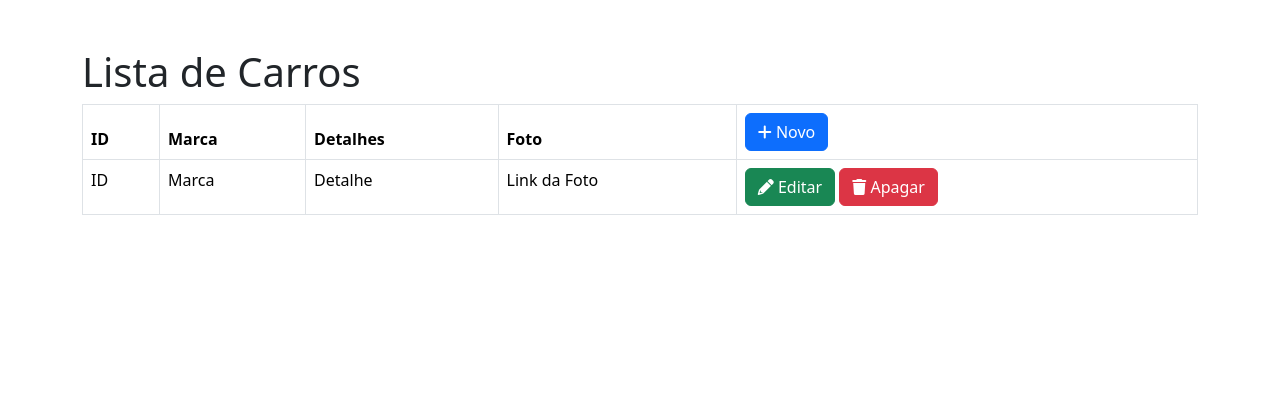
Repository: AlexandreBarros30/CarrosJson
Page: templates/base/tabelaCarros.html
These files come from the project's save history. The page is drawn as it stood at one moment and after the next save; the edit follows.
The browser window is 1280 px wide. The pictures show the whole page.
The page's requests for data from a server got no answer.

Above is the page before, as saved 2024-11-15 14:24:21.

After the next save:
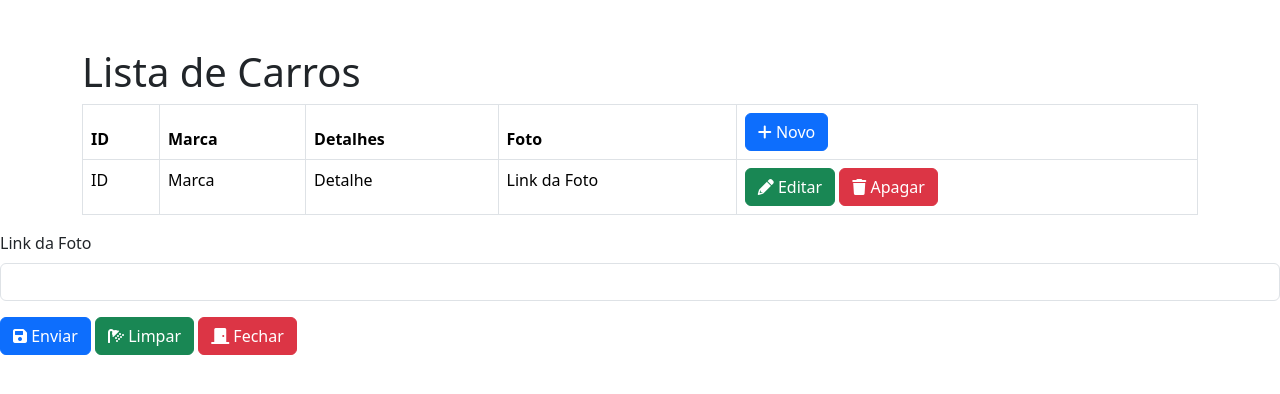
Saved 5 min 47 s later.
--- a/templates/base/tabelaCarros.html
+++ b/templates/base/tabelaCarros.html
@@ -70,6 +70,41 @@
           </div>
         </div>
       </div>
+      <div class="mb-3">
+        <label for="Foto" class="form-label">Link da Foto</label>
+                  <input type="text" class="form-control" id="muFoto" name="Foto">
+                  </div>
+                  <button type="button" class="btn btn-primary" onclick="atualizaCarro()"><i class="fa-solid fa-floppy-disk"></i> Enviar</button>
+                  <button type="reset" class="btn btn-success" ><i class="fa-solid fa-shower"></i> Limpar</button>
+                  <button type="button" class="btn btn-danger" data-bs-dismiss="modal" aria-label="Close" ><i class="fa-solid fa-door-closed"></i> Fechar</button>
+               </div>
+             </div>
+          </div>
+       </div>
+    </div>
+
+<!-- update Modal -->
+<div class="modal fade" id="upModal" tabindex="-1" aria-labelledby="upModalLabel" aria-hidden="true">
+  <div class="modal-dialog">
+     <div class="modal-content">
+        <div class="modal-header">
+           <h5 class="modal-title" id="addModalLabel">Alterar Carro</h5>
+           <button type="button" class="btn-close" data-bs-dismiss="modal" aria-label="Close"></button>
+        </div>
+        <div class="modal-body">
+           <div class="mb-3">
+              <label for="id" class="form-label">ID</label>
+              <input type="text" class="form-control" id="muId" name="id">
+           </div>
+           <div class="mb-3">
+              <label for="Marca" class="form-label">Marca</label>
+              <input type="text" class="form-control" id="muMarca" name="Marca">
+           </div>
+     <div class="mb-3">
+              <label for="Detalhes" class="form-label">Detalhes</label>
+              <input type="text" class="form-control" id="muDetalhes" name="Detalhes">
+           </div>
+
 
     <script>
         const listarCarros = async () => {

After the save that followed:
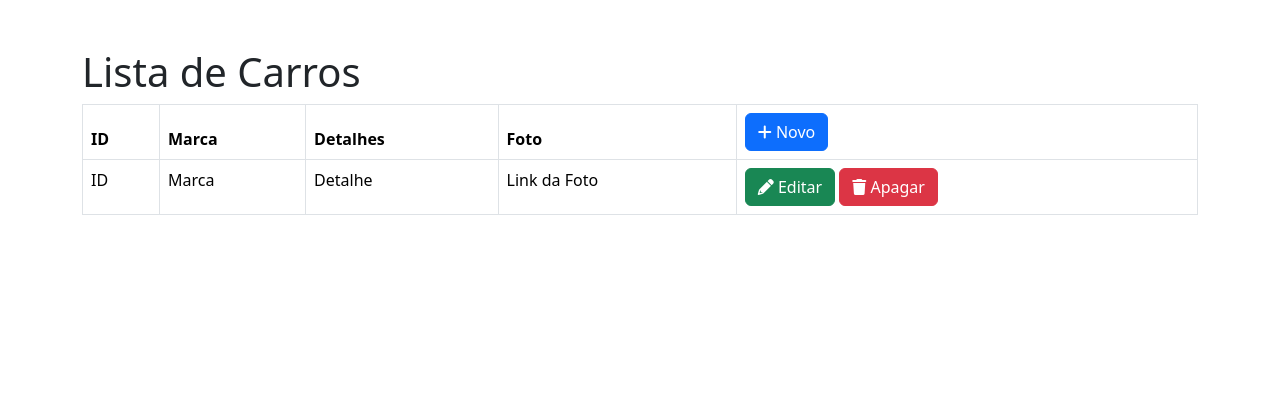
Saved 2 min 1 s later.
--- a/templates/base/tabelaCarros.html
+++ b/templates/base/tabelaCarros.html
@@ -71,17 +71,7 @@
         </div>
       </div>
       <div class="mb-3">
-        <label for="Foto" class="form-label">Link da Foto</label>
-                  <input type="text" class="form-control" id="muFoto" name="Foto">
-                  </div>
-                  <button type="button" class="btn btn-primary" onclick="atualizaCarro()"><i class="fa-solid fa-floppy-disk"></i> Enviar</button>
-                  <button type="reset" class="btn btn-success" ><i class="fa-solid fa-shower"></i> Limpar</button>
-                  <button type="button" class="btn btn-danger" data-bs-dismiss="modal" aria-label="Close" ><i class="fa-solid fa-door-closed"></i> Fechar</button>
-               </div>
-             </div>
-          </div>
-       </div>
-    </div>
+
 
 <!-- update Modal -->
 <div class="modal fade" id="upModal" tabindex="-1" aria-labelledby="upModalLabel" aria-hidden="true">
